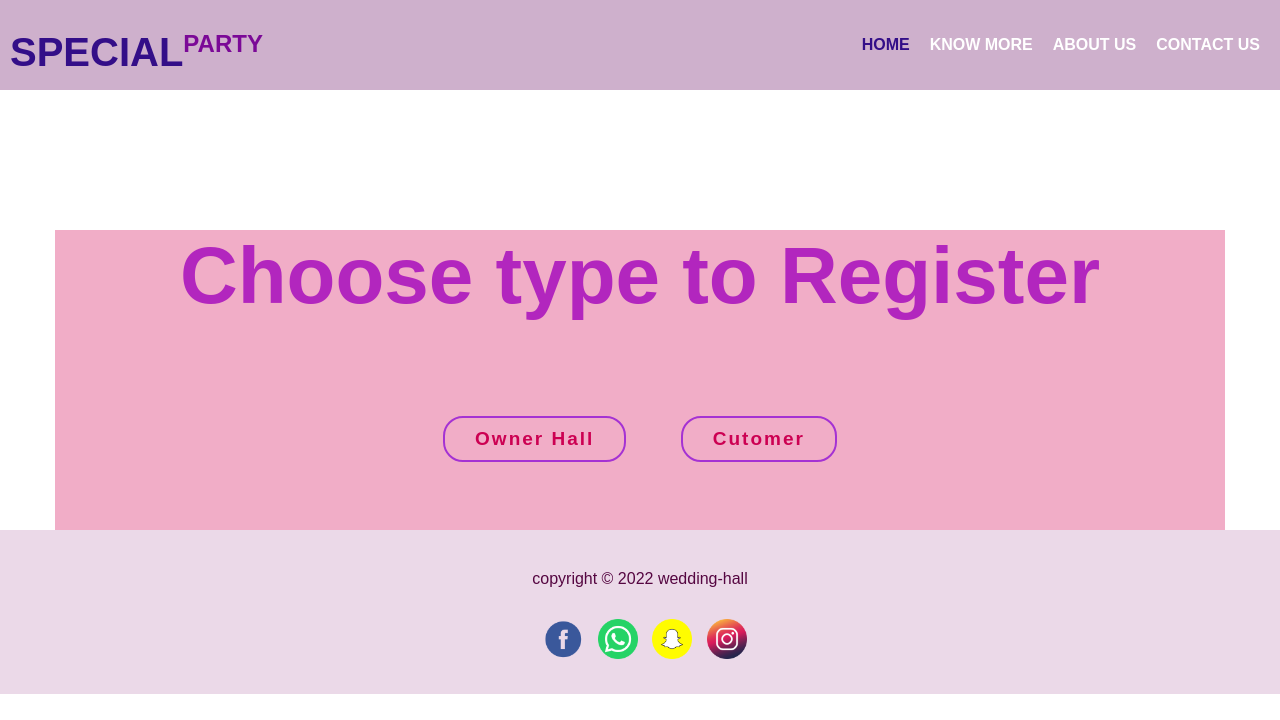
Repository: special4Party/Graduation-project-wedding-hall
Page: http://localhost/include/temp/choosing_type_signup.html
An editor plug-in stored every save of this project. The page is shown before and after the next save, followed by the edit.
The browser window is 1280 px wide. The pictures show the whole page.
The page is run by PHP 8.4 with error messages shown; the project is at /var/www/html/.

Above is the page before, as saved 2022-04-14 14:34:07.

### include/temp/choosing_type_signup.html
<!DOCTYPE html>
<html lang="en">
<head>
    <meta charset="UTF-8">
    <link rel="stylesheet" href="/layout/css/type_signup.css">
    <link rel="stylesheet" href="/layout/css/normalize.css">

    <title>type sign up</title>
</head>
<body>
    <!-- start header -->
     <div class="header">
			<div class="navbar">
				<div class="container">

					<h2 > <span>Special</span>  Party </h2>
					<ul>
						<li class="active"><a href="/index.html">Home</a> </li>
						<li><a href="/index.html#Know-more">Know More</a></li>
						<li><a href="/index.html#about-us-link">About us</a></li>
						<li><a href="/index.html#contact">contact us</a></li>
					</ul>
			    </div>
			</div>
	 </div>
	<!-- End header -->
<!-- ---------------------------------------------------------------- -->
<div class="container-body">
    <div class="content">
        <h1>Choose type to Register</h1>
        <button class="btn"><a href="#">Owner Hall</a></button>
        <button class="btn"><a href="/include/temp/register_customer.html">Cutomer</a></button>
    </div>
</div>

<!-- ---------------------------------------------------------------- -->
    <!-- start footer -->
<footer class="footer">
	<div class="container">
		<span>copyright &copy; 2022 wedding-hall</span>
		<ul>
			<li>
				<a href="http://facebook.com">
				    <img src="/images/img/face.png"alt="facebook">
			    </a>
			</li>
			<li>
				<a href="http://web.whatsapp.com">
				    <img src="/images/img/what.png"alt="whatsapp">
			    </a>
			</li>
			<li>
				<a href="http://accounts.snapchat.com">
			    	<img src="/images/img/snap.png"alt="snapchat">
			    </a>
			</li>
			<li>
				<a href="http://www.instagram.com">
					<img src="/images/img/insta.png"alt="instagram">
				</a>
			</li>
		</ul>
	</div>
</footer>

	<!-- End footer-->
</body>
</html>

### layout/css/type_signup.css



/* ----------------------------------------- */
/* Start header */
    .header .navbar{
    background-color: rgb(206, 176, 204);
    color: rgb(123, 9, 151);
    height: 70px;
    padding: 10px;
    overflow: hidden;
    }

    .header .navbar h2{
        float: left;
        text-transform: uppercase;
    }

    .header .navbar h2 span{
    float: left;
    color: rgb(51, 14, 136);
    font-size: 40px;
    }

    .header .navbar ul{
    list-style: none;
    padding-left: 0px;
    overflow: hidden;
    float: right;
    }

    .header .navbar ul li {
        float: left;
        padding: 10px;
        text-transform: uppercase;

    }

    .header .navbar ul li a {
    color: white;
    text-decoration: none;
    font-weight: bold;
    }

    .header .navbar ul li.active a,
    .header .navbar ul li a:hover {
        color: rgb(51, 14, 136);
    }
    .header .navbar ul li.active a:hover{
        color: #880d80;
    }
    /* End header */
/* ----start body----- */
.container-body{
        width: 1170px;
        margin: auto;
        height: 300px;
        background-color: #f1adc7;
}
.content{
    text-align: center;
    margin-top: 12%;
}
.content h1{
    font-size: 80px;
    color: rgb(178, 38, 190);
}
.btn{
    cursor: pointer;
    font-size: 19px;
    letter-spacing: 2px;
    padding: 10px 30px;
    border: 2px solid #a532d3;
    background: transparent;
    text-decoration: none;
    text-align: center;
    font-weight: bold;
    margin: 40px 25px;
    border-radius: 20px;
}
.btn:hover{
    background-color: rgb(233, 186, 196);
    box-shadow: 0px 2px 25px #a532d3;

}
.btn a{
    color: #cc0052;
    text-decoration: none;
    text-decoration-line: none;
}
.btn a:hover{
     color: #350d1d;
}


/* ---end body------ */






    /* start footer*/
.footer{
    background-color:rgb(235, 217, 232);
    padding: 10px ;
    overflow: hidden;
    text-align: center;
}

.footer span{
    float: right;
    padding-top: 30px;
    padding-bottom: 10px;
    width: 100%;
    color: #550641;
}

.footer ul{
    width: 100%;
    list-style: none;
    padding-left: 0px;
    float: right;
}

.footer ul li{
   display: inline-block;
   width: 40px;
   margin:0px 5px 0px ;
}

.footer ul li img{
    width: 100%;
    padding: 5px;
}
.footer ul li img:hover{
    border: 0px solid rgb(223, 85, 188);
    border-radius: 40px;
    box-shadow: 0px 1px 15px rgb(149, 9, 177);
}
/* End footer*/

Loaded but not shown: layout/css/normalize.css (library)

After the next save:
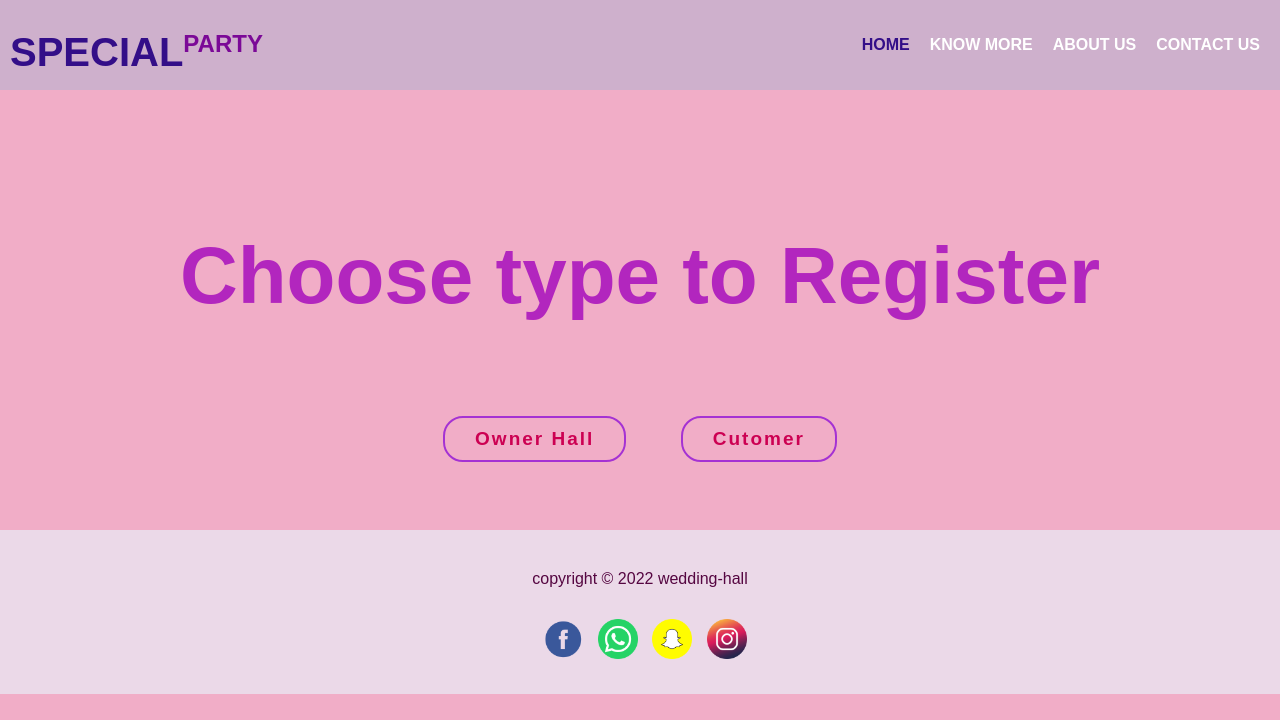
Saved 22 s later.
--- a/layout/css/type_signup.css
+++ b/layout/css/type_signup.css
@@ -1,5 +1,7 @@
 
-
+body{
+    background-color: #f1adc7;
+}
 
 /* ----------------------------------------- */
 /* Start header */
@@ -55,7 +57,7 @@
         width: 1170px;
         margin: auto;
         height: 300px;
-        background-color: #f1adc7;
+
 }
 .content{
     text-align: center;
